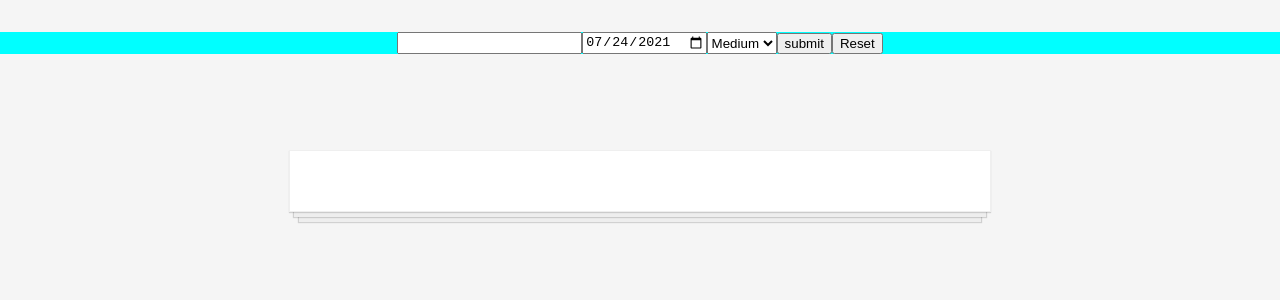
Repository: 0101chaitanya/react-todo
Page: /
These files come from the project's save history. The page is drawn as it stood at one moment and after the next save; the edit follows.
The browser window is 1280 px wide. The pictures show the whole page.
The project was rebuilt for these pictures with package versions that can differ from the ones it lists, and the page was loaded fresh each time. Also part of the build but not shown: src/components/TodoItem.js.

Above is the page before, as saved 2021-07-24 16:33:30.

### src/index.js
import React from "react";
import ReactDOM from "react-dom";
import "./index.css";
import App from "./App";
import reportWebVitals from "./reportWebVitals";
import css from "./App.css";

ReactDOM.render(
  <React.StrictMode>
    <App />
  </React.StrictMode>,
  document.getElementById("root")
);

// If you want to start measuring performance in your app, pass a function
// to log results (for example: reportWebVitals(console.log))
// or send to an analytics endpoint. Learn more: https://bit.ly/CRA-vitals
reportWebVitals();

### src/App.js
import React, { Component } from "react";
import TodoState from "./components/todoState";
import InputForm from "./components/InputForm";
import uniqid from "uniqid";
import { format } from "date-fns";
import css from "./App.css";
class App extends Component {
  constructor() {
    super();
    this.handleSubmit = this.handleSubmit.bind(this);
    this.state = {
      tasksArray: JSON.parse(localStorage.getItem("tasksArray")) ?? [],
    };
  }
  handleSubmit(e, input, context) {
    input.id = uniqid();

    e.preventDefault();
    this.setState(
      (prevState) => ({
        tasksArray: prevState.tasksArray.concat(input),
      }),
      () => {
        localStorage.setItem(
          "tasksArray",
          JSON.stringify(this.state.tasksArray)
        );
      }
    );

    console.log(this.state.tasksArray);
    //e.target.reset();
    e.target.submit();
  }

  render() {
    //localStorage.removeItem("tasksArray");
    //localStorage.clear();
    localStorage.setItem("tasksArray", JSON.stringify(this.state.tasksArray));
    console.log(this.state.tasksArray);

    //console.log(JSON.parse(localStorage.getItem("tasksArray")));
    return (
      <div>
        <InputForm
          className="input-form"
          //item={this.cache}
          //handleNoSubmission={this.handleNoSubmission}
          handleSubmit={this.handleSubmit}
        />
        <TodoState tasksArray={this.state.tasksArray} />
      </div>
    );
  }
}

export default App;

### src/App.css
body {
  background-color: whitesmoke;
}

.todo-list {
  background-color: white;
  margin: auto;
  width: 50%;
  position: relative;
  display: flex;
  flex-direction: column;
  align-items: center;
  border: 1px solid #efefef;
  box-shadow:
    /* The top layer shadow */ 0 1px 1px rgba(0, 0, 0, 0.15),
    /* The second layer */ 0 10px 0 -5px #eee,
    /* The second layer shadow */ 0 10px 1px -4px rgba(0, 0, 0, 0.15),
    /* The third layer */ 0 20px 0 -10px #eee,
    /* The third layer shadow */ 0 20px 1px -9px rgba(0, 0, 0, 0.15);
  padding: 30px;
}

.todo-item {
  display: flex;
  justify-content: flex-start;
  align-items: center;
  padding: 30px 20px 0;
  width: 70%;
  border-bottom: 1px solid #cecece;
  font-family: Roboto, sans-serif;
  font-weight: 100;
  font-size: 15px;
  color: #333333;
}

input[type="checkbox"] {
  margin-right: 10px;
  font-size: 30px;
}

input[type="checkbox"]:focus {
  outline: 0;
}

.input-form {
  background-color: aqua;

  display: flex;
  justify-content: center;
  position: relative;
  top: 2rem;
  margin-bottom: 8rem;
}

### src/components/todoState.js
import React from "react";
import TodoItem from "./TodoItem";
import css from "../App.css";
class TodoState extends React.Component {
  constructor(props) {
    super(props);
    this.state = {
      todos: this.props.tasksArray || [],
    };
    this.handleChange = this.handleChange.bind(this);
    //this.handleSubmit = this.handleSubmit.bind(this);
    this.deleteTask = this.deleteTask.bind(this);
    this.callSubmit = this.callSubmit.bind(this);
  }
  callSubmit(e, id, sentState) {
    this.setState(
      (prevState) => {
        const newTd = prevState.todos.map((todo) => {
          if (todo.id === id) {
            todo = sentState;
            return todo;
          } else {
            return todo;
          }
        });
        console.log(newTd);

        return {
          todos: newTd,
        };
      },
      (e) =>
        localStorage.setItem("tasksArray", JSON.stringify(this.state.todos))
    );
  }

  deleteTask(e, id) {
    this.setState(
      (prevState) => {
        const newTd = prevState.todos.filter((todo) => {
          return todo.id === id ? false : todo;
        });
        console.log(newTd);

        return {
          todos: newTd,
        };
      },
      (e) =>
        localStorage.setItem("tasksArray", JSON.stringify(this.state.todos))
    );
  }
  handleChange(id) {
    this.setState(
      (prevState) => {
        const newTodos = prevState.todos.map((todo) => {
          if (todo.id === id) {
            return {
              ...todo,
              completed: !todo.completed,
            };
          }
          return todo;
        });
        return {
          todos: newTodos,
        };
      },
      (e) =>
        localStorage.setItem("tasksArray", JSON.stringify(this.state.todos))
    );
  }
  render() {
    const todoItems = this.state.todos.map((item) => (
      <TodoItem
        key={item.id}
        item={item}
        callSubmit={this.callSubmit}
        deleteTask={this.deleteTask}
        handleChange={this.handleChange}
      />
    ));

    return (
      <div>
        <div className="todo-list">{todoItems}</div>
      </div>
    );
  }
}

export default TodoState;

### src/components/InputForm.js
import React from "react";
import uniqid from "uniqid";
import parseISO from "date-fns/parseISO";
import differenceInDays from "date-fns/differenceInDays";
import { format } from "date-fns";

class InputForm extends React.Component {
  constructor(props) {
    super(props);
    this.state = this.props.item || {
      description: "",
      date: format(new Date(), "yyyy-MM-dd"),
      priority: "medium",
      completed: false,
    };
    this.handleChange = this.handleChange.bind(this);
  }

  handleChange(e) {
    const { name, value } = e.target;
    this.setState({
      ...this.state,

      [name]: value,
    });
  }

  render() {
    const bin = this.props.item;

    return (
      <form
        className="input-form"
        onSubmit={(e) => {
          this.props.handleSubmit(e, this.state, this);
          this.setState({
            description: "",
            date: format(new Date(), "yyyy-MM-dd"),
            priority: "medium",
            id: uniqid(),
            priorityTags: ["medium"],
            dateTags: [],
            completed: false,
          });
        }}
        onReset={(e) => {
          //e.preventDefault();
          this.setState({
            state: bin,
          });
        }}
      >
        <input
          onChange={this.handleChange}
          value={this.state.description}
          name="description"
          type="text"
          required
        />
        <input
          required
          onChange={this.handleChange}
          value={this.state.date}
          name="date"
          type="date"
        />
        <select
          onChange={this.handleChange}
          value={this.state.priority}
          name="priority"
          required
        >
          <option value="low">Low</option>
          <option value="medium">Medium</option>
          <option value="high">High</option>
        </select>

        <label>
          <input type="submit" value="submit" />
        </label>
        <label>
          <input type="reset" value="Reset" />
        </label>
      </form>
    );
  }
}
export default InputForm;

Loaded but not shown: public/index.html (common file); src/index.css (common file); src/reportWebVitals.js (common file)

After the next save:
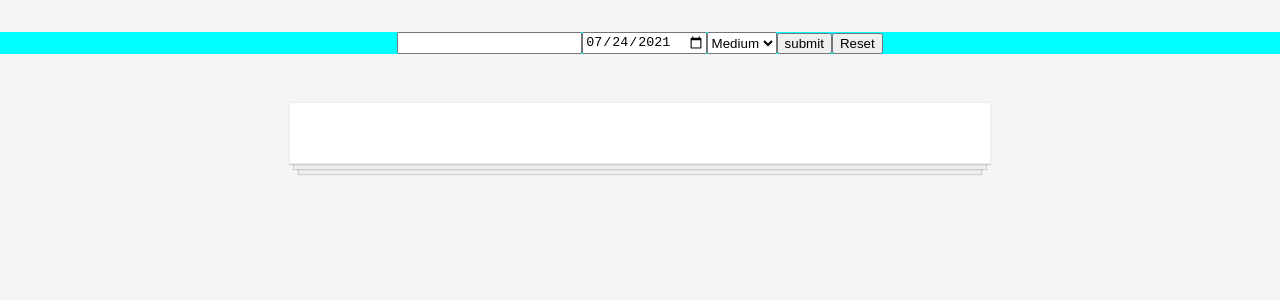
Saved 9 s later.
--- a/src/App.css
+++ b/src/App.css
@@ -49,5 +49,5 @@ input[type="checkbox"]:focus {
   justify-content: center;
   position: relative;
   top: 2rem;
-  margin-bottom: 8rem;
+  margin-bottom: 5rem;
 }
